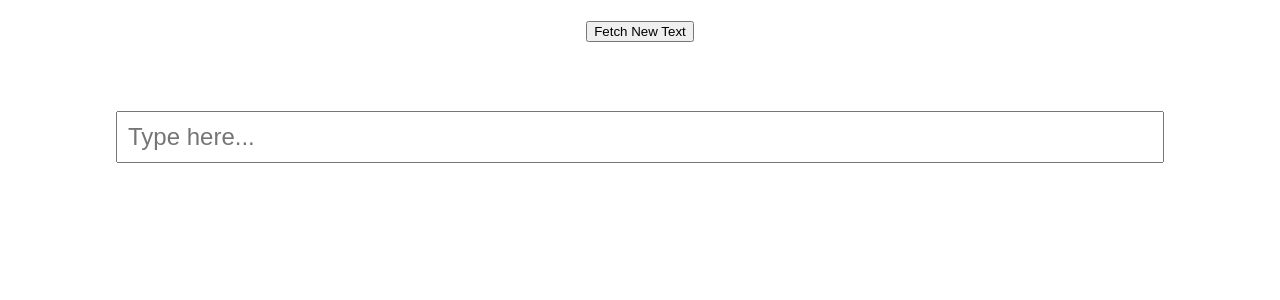
Repository: abhaysharma20233009/swiftKey
Page: /login (app in frontend/my-app/)
An editor plug-in stored every save of this project. The page is shown before and after the next save, followed by the edit.
The browser window is 1280 px wide. The pictures show the whole page.
The page's requests for data from a server got no answer. The project was rebuilt for these pictures with package versions that can differ from the ones it lists, and the page was loaded fresh each time. No one was signed in, and anything a server would have sent is missing. Also part of the build but not shown: frontend/my-app/src/App.css.

Above is the page before, as saved 2024-10-09 17:52:39.

### frontend/my-app/src/App.js
import React, { useState, useEffect } from 'react';
import './App.css';

function App() {
    const [message, setMessage] = useState('');
    const [inputValue, setInputValue] = useState('');
    const [currentWordIndex, setCurrentWordIndex] = useState(0);

    const fetchMessages = async () => {
        try {
            const response = await fetch('http://localhost:7000/random-paragraph');
            const data = await response.json();
            setMessage(data); // Assume data is a string paragraph
            setInputValue(''); // Clear the input field
            setCurrentWordIndex(0); // Reset the current word index
        } catch (error) {
            console.error('Error fetching messages:', error);
        }
    };

    useEffect(() => {
        fetchMessages();
    }, []);

    const handleInputChange = (e) => {
        const value = e.target.value;
        setInputValue(value);

        // Check if the typed word matches the current word
        const words = message.split(' ');
        if (value.trim() === words[currentWordIndex]) {
            setCurrentWordIndex((prevIndex) => prevIndex + 1);
            setInputValue(''); // Clear the input field
        }
    };

    const words = message.split(' ');

    return (
        <div style={{ textAlign: 'center', marginTop: '20px' }}>
            <button onClick={fetchMessages}>Fetch New Text</button>
            <div style={{ fontSize: '24px', margin: '20px 0' }}>
                {words.map((word, index) => (
                    <span
                        key={index}
                        style={{
                            padding: '0 5px',
                            color: index === currentWordIndex ? 'blue' : 'black',
                            textDecoration: index < currentWordIndex ? 'line-through' : 'none',
                        }}
                    >
                        {word}
                    </span>
                ))}
            </div>
            <input
                type="text"
                value={inputValue}
                onChange={handleInputChange}
                style={{
                    fontSize: '24px',
                    width: '80%',
                    padding: '10px',
                }}
                placeholder="Type here..."
            />
        </div>
    );
}

export default App;

Loaded but not shown: frontend/my-app/public/index.html (common file); frontend/my-app/src/index.js (common file); frontend/my-app/src/index.css (common file); frontend/my-app/src/reportWebVitals.js (common file)

After the next save:
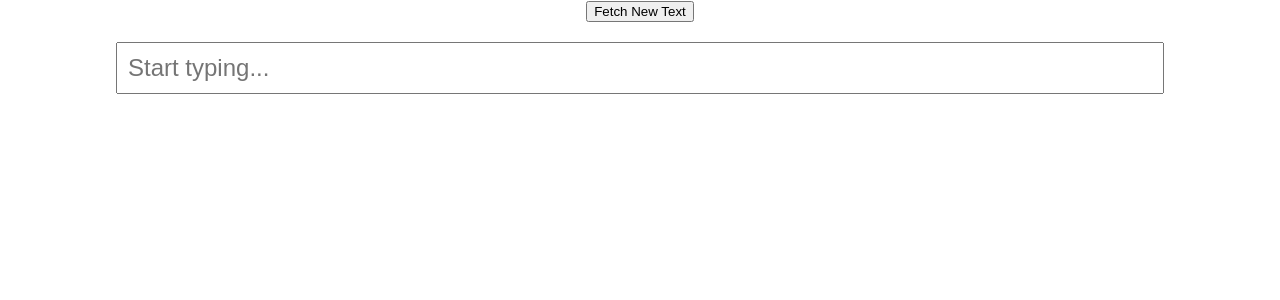
Saved 38 s later.
--- a/frontend/my-app/src/App.js
+++ b/frontend/my-app/src/App.js
@@ -1,57 +1,30 @@
-import React, { useState, useEffect } from 'react';
+import React, { useState } from 'react';
 import './App.css';
 
 function App() {
     const [message, setMessage] = useState('');
     const [inputValue, setInputValue] = useState('');
-    const [currentWordIndex, setCurrentWordIndex] = useState(0);
 
     const fetchMessages = async () => {
         try {
             const response = await fetch('http://localhost:7000/random-paragraph');
             const data = await response.json();
             setMessage(data); // Assume data is a string paragraph
-            setInputValue(''); // Clear the input field
-            setCurrentWordIndex(0); // Reset the current word index
+            setInputValue(''); // Clear the input field when fetching new text
         } catch (error) {
             console.error('Error fetching messages:', error);
         }
     };
 
-    useEffect(() => {
-        fetchMessages();
-    }, []);
-
     const handleInputChange = (e) => {
-        const value = e.target.value;
-        setInputValue(value);
-
-        // Check if the typed word matches the current word
-        const words = message.split(' ');
-        if (value.trim() === words[currentWordIndex]) {
-            setCurrentWordIndex((prevIndex) => prevIndex + 1);
-            setInputValue(''); // Clear the input field
-        }
+        setInputValue(e.target.value);
     };
 
-    const words = message.split(' ');
-
     return (
-        <div style={{ textAlign: 'center', marginTop: '20px' }}>
+        <div style={{ textAlign: 'center' }}>
             <button onClick={fetchMessages}>Fetch New Text</button>
             <div style={{ fontSize: '24px', margin: '20px 0' }}>
-                {words.map((word, index) => (
-                    <span
-                        key={index}
-                        style={{
-                            padding: '0 5px',
-                            color: index === currentWordIndex ? 'blue' : 'black',
-                            textDecoration: index < currentWordIndex ? 'line-through' : 'none',
-                        }}
-                    >
-                        {word}
-                    </span>
-                ))}
+                {message}
             </div>
             <input
                 type="text"
@@ -62,7 +35,7 @@ function App() {
                     width: '80%',
                     padding: '10px',
                 }}
-                placeholder="Type here..."
+                placeholder="Start typing..."
             />
         </div>
     );
